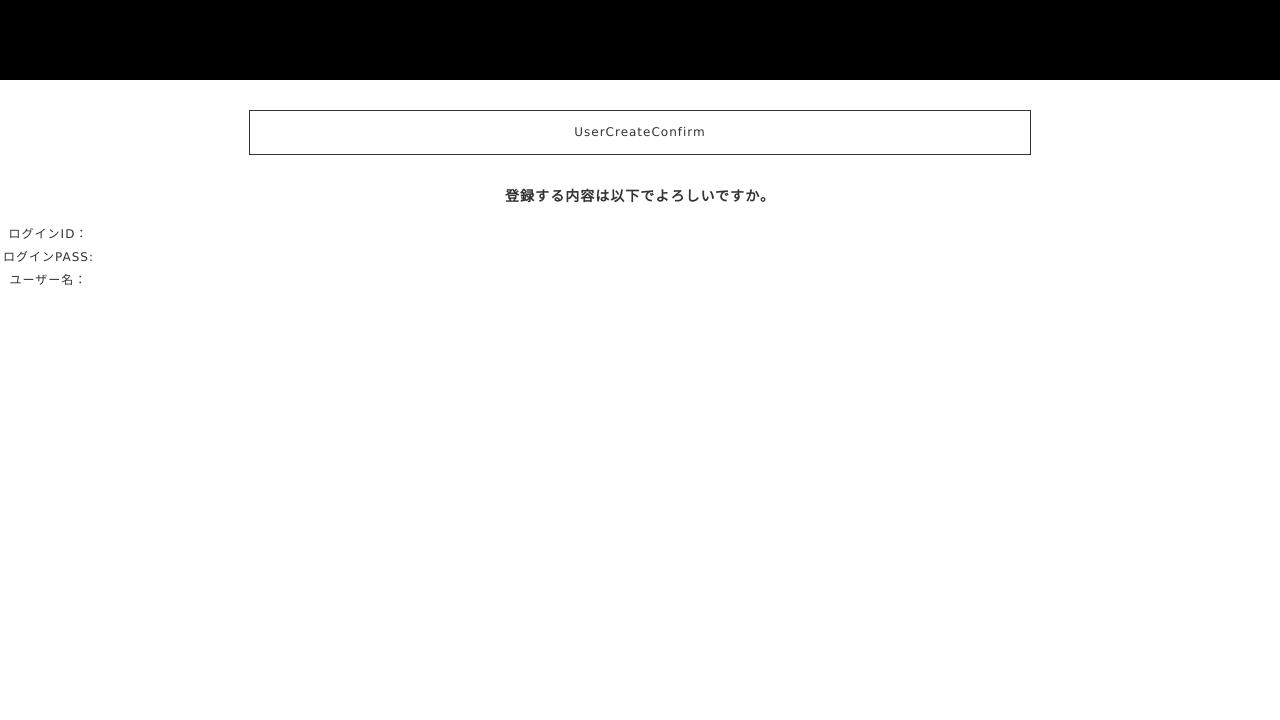
Repository: hiranatsu/ECtest
Page: http://localhost/ecsite/createConfirm.jsp
The author's editor kept a copy of each file at every save. The page is drawn from the files as they stood at one save, then again after the next save.
The browser window is 1280 px wide. The pictures show the whole page.
The page is served by Tomcat 9. Other server files are loaded and not shown.

Above is the page before, as saved 2018-09-10 01:41:34.

### ecsite/WebContent/createConfirm.jsp
<%@ page language="java" contentType="text/html; charset=UTF-8"
    pageEncoding="UTF-8"%>
<%@ taglib prefix="s" uri="/struts-tags" %>
<!DOCTYPE html>
<html>
<head>

	<meta http-equiv="Content-Type" content="text/html; charset=UTF-8"/>
	<meta http-equiv="Content-Style-Type" content="text/css"/>
	<meta http-equiv="Conntent-Script-Type" content="text/javascript"/>
	<meta http-equiv="itemtoolbar" content="no"/>
	<meta name="description" content=""/>
	<meta name="keywords" content=""/>
	<title>UserCreateConfirm画面</title>

	<style type="text/css">
	/*==========TAG LAYOUT==========*/
	body {
	margin:0;
	padding:0;
	line-height:1.6;
	letter-spacing:1px;
	font-family:Verdana, Helvetica, sans-serif;
	font-size:12px;
	color:#333;
	background:#fff;
	}

	table {
	text-align:center;
	mergin:0 auto;
	}

	/*==========ID LAYOUT==========*/
	#top {
	width:780px;
	margin:30px auto;
	border:1px solid #333;
	}

	#header {
	width:100%;
	height:80px;
	background-color:black;
	}

	#main {
	width:100%;
	height:500px;
	text-align:center;
	}

	#footer {
	width:100%;
	height:80px;
	background-color:black;
	clear:both;
	}
	</style>

</head>
<body>

	<div id="header">
		<div id="pr">
		</div>
	</div>
	<div id="main">
		<div id="top">
			<p>UserCreateConfirm</p>
		</div>
		<div>
			<h3>登録する内容は以下でよろしいですか。</h3>
			<table>
				<s:form action="CreateCompleteAction">
				<tr id="box">
					<td><label>ログインID：</label></td>
					<td><s:property value="loginUserId" escape="false"/></td>
				</tr>
				<tr id="box">
					<td><label>ログインPASS:</label></td>
					<td><s:property value="loginPassword" escape="false"/></td>
				</tr>
				<tr id="box">
					<td><label>ユーザー名：</label></td>
				</tr>

				</s:form>
			</table>
		</div>
	</div>

</body>
</html>

After the next save:
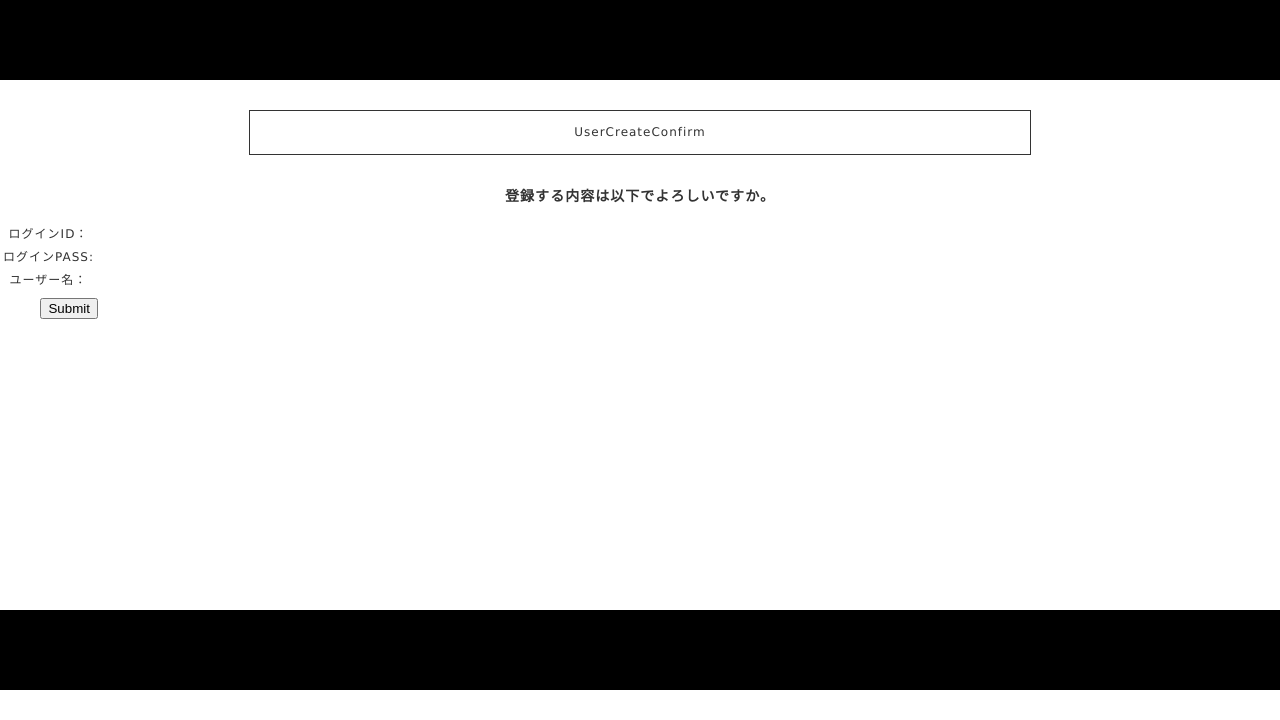
Saved 2 min 2 s later.
--- a/ecsite/WebContent/createConfirm.jsp
+++ b/ecsite/WebContent/createConfirm.jsp
@@ -83,12 +83,20 @@
 				</tr>
 				<tr id="box">
 					<td><label>ユーザー名：</label></td>
+					<td><s:property value="userName" escape="false"/></td>
+				</tr>
+				<tr>
+					<td><s:submit vakue="完了"/></td>
 				</tr>
 
 				</s:form>
 			</table>
 		</div>
 	</div>
+	<div id="footer">
+		<div id="pr">
+		</div>
+	</div>
 
 </body>
 </html>

After the save that followed:
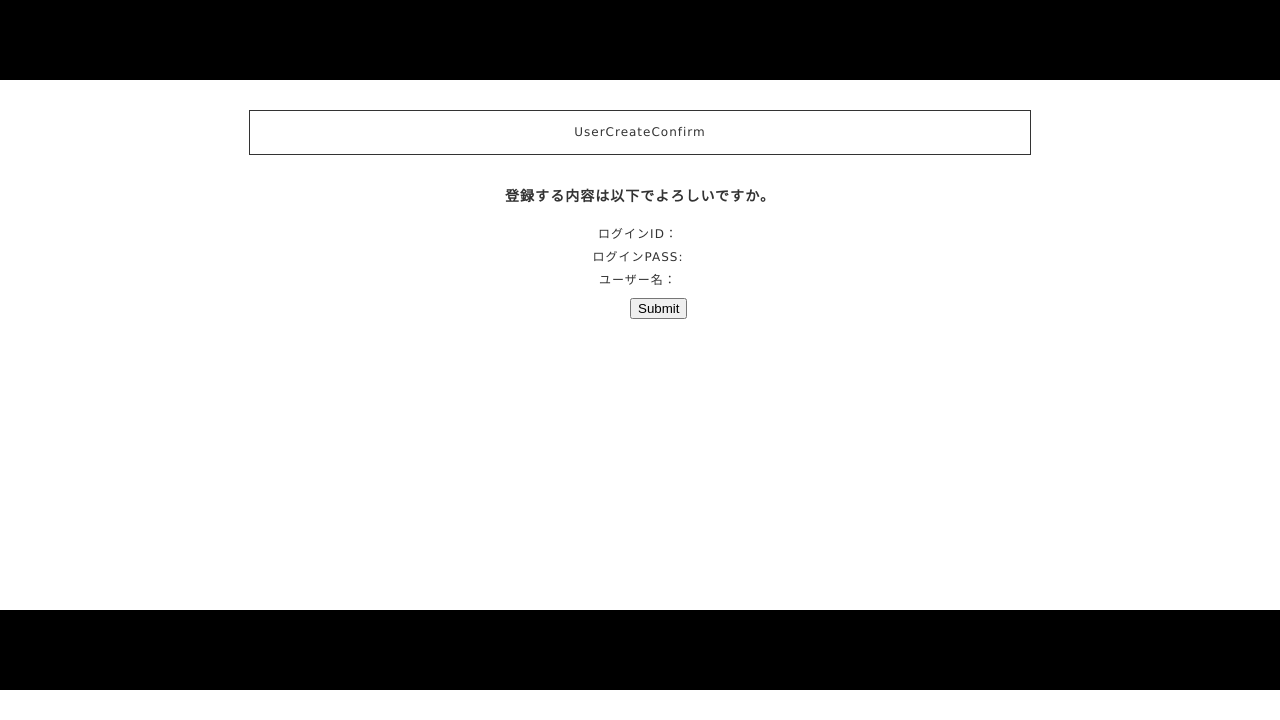
Saved 87 s later.
--- a/ecsite/WebContent/createConfirm.jsp
+++ b/ecsite/WebContent/createConfirm.jsp
@@ -28,7 +28,7 @@
 
 	table {
 	text-align:center;
-	mergin:0 auto;
+	margin:0 auto;
 	}
 
 	/*==========ID LAYOUT==========*/
